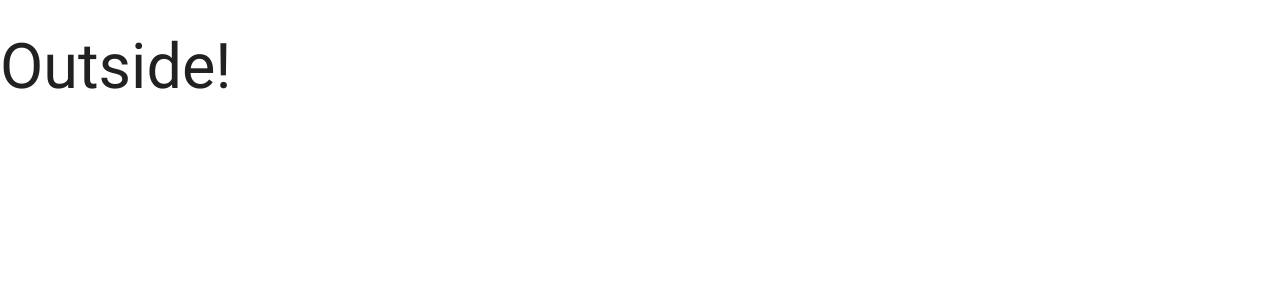
Repository: kalkiboru111/irish-dictionary-of-received-ideas
Page: http://localhost/get_terms
The author's editor kept a record of every edit. The page is drawn from the files as they stood at one moment, then again after the next edit.
The browser window is 1280 px wide. The pictures show the whole page.
Some web libraries are served in a nearby version. The page is served by the project's application, run on Flask 3 (app.py). Queries for data that is not in the repository find no rows.

Above is the page before.
Console error: TypeError: $(...).sidenav is not a function

After the next edit:
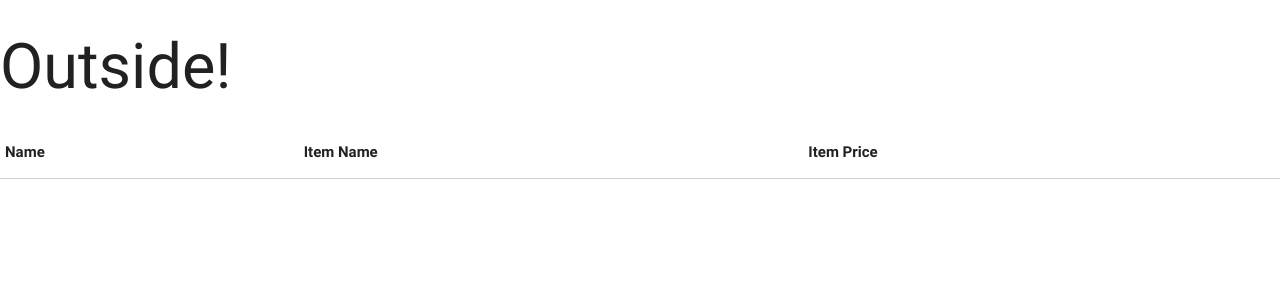
The edit:
--- a/templates/terms.html
+++ b/templates/terms.html
@@ -1,15 +1,21 @@
 
 {% extends 'base.html' %}
 {% block content %}
-    <ul>
+    <table>
+        <thead>
+          <tr>
+              <th>Name</th>
+              <th>Item Name</th>
+              <th>Item Price</th>
+          </tr>
+        </thead>
         {% for term in terms %}
             <div>
                 <span>
                     {{term.term_name}}
-                    {{term.term_name}}
-                    {{term.term_name}}
-                    {{term.term_name}}
-                    {{term.term_name}}
+                    {{term.term_category}}
+                    {{term.term_definition}}
+                    {{term.term_origin}}
                 </span>
             </div>
         </li>
